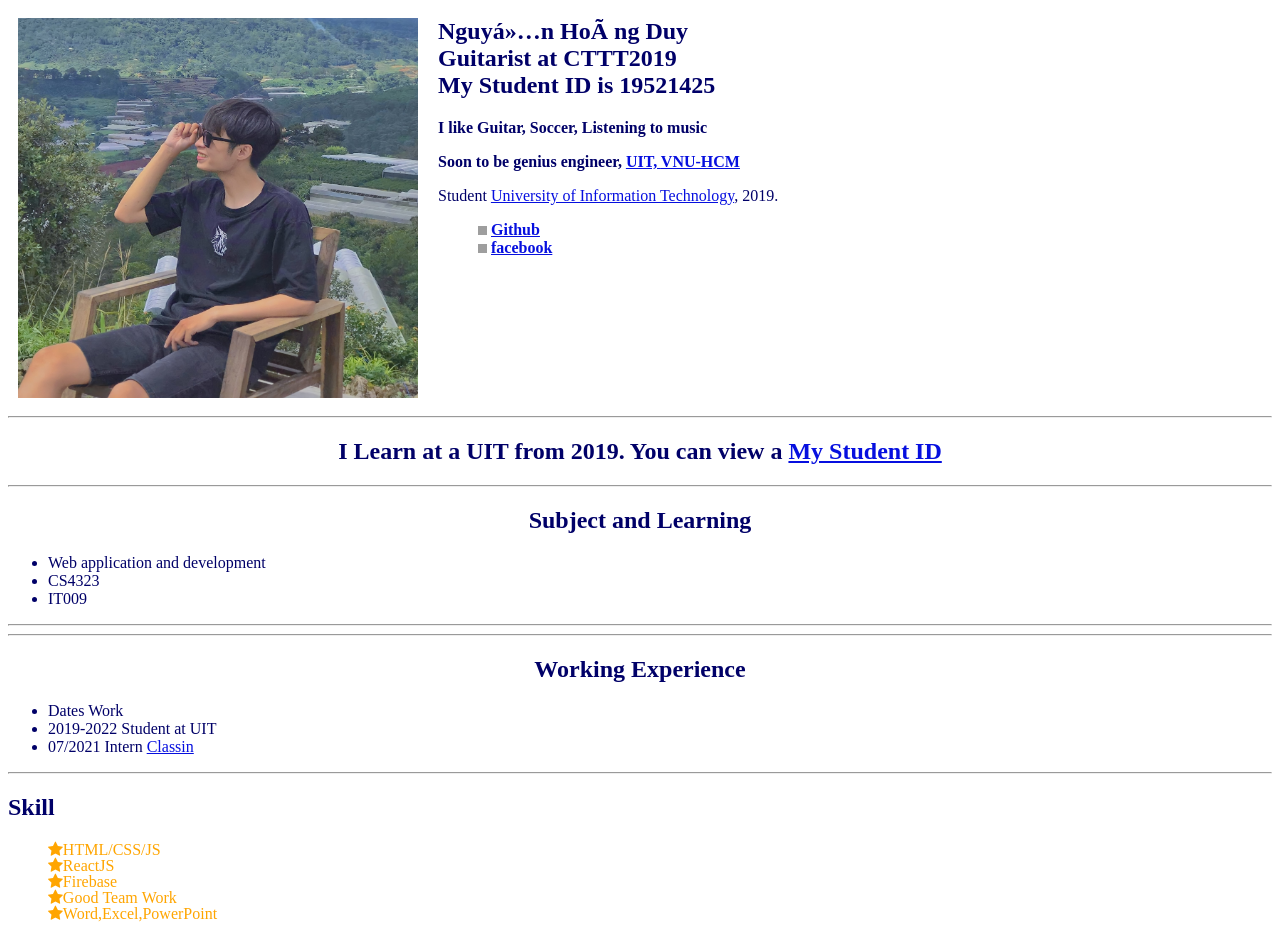
Repository: HoangDuy315/web-dev2022
Page: ex2.html
An editor plug-in stored every save of this project. The page is shown before and after the next save, followed by the edit.
The browser window is 1280 px wide. The pictures show the whole page.
Pictures or frames that could not be fetched are drawn as grey boxes.

Above is the page before, as saved 2022-09-22 15:22:07.

### ex2.html
<html>
    <head>
        <title>GnahYuD</title>
        <link rel="SHORTCUT ICON" href="images/cormen-tiny.jpg">
        <script charset="utf-8" src="https://platform.twitter.com/js/button.c6c95b9789db97ea1e9742d215fff751.js"></script>
        <link rel="stylesheet" href="ex2.css">
        <link rel="stylesheet" href="https://cdnjs.cloudflare.com/ajax/libs/font-awesome/4.7.0/css/font-awesome.min.css">
    </head>
<body text="#000068" link="#060FDF" vlink="#060FDF" alink="#DC24C5">

<!-- <TABLE CELLPADDING="10" CELLSPACING="0" WIDTH="475"> -->
<table cellpadding="10" cellspacing="0">
<tbody><tr valign="TOP">

<td valign="TOP" width="151">

<img class="duy" src="./123.JPG"><p>

</p></td>

<td valign="TOP">

<div><h2>Nguyễn Hoàng Duy<br>
Guitarist at CTTT2019<br>
My Student ID is 19521425
</h2>

<p>
<strong>I like  Guitar, Soccer, Listening to music</strong>
</p>

<p><strong>Soon to be genius engineer,
<a href="https://www.uit.edu.vn/">UIT, <a href="https://vnuhcm.edu.vn/">VNU-HCM</a></a>
</strong> </p>

<p>

Student <a href="https://www.uit.edu.vn/">University of Information Technology</a>, 2019.</p><p>

</p><dd>
<b>
<img src="images/yellowsq.gif" alt="*" width="9" height="9">
  <a href="https://github.com/HoangDuy315">Github</a><br>
<img src="images/yellowsq.gif" alt="*" width="9" height="9">
     <a href="https://www.facebook.com/profile.php?id=100007746304417">facebook</a></div>

</b>


</dd></td>
</tr>
</tbody></table>




<hr >
    <h2 class="yud">I Learn at a UIT from 2019.  You can view a <a href="https://student.uit.edu.vn/">My Student ID</a></h2>
</hr>

<hr>
    <h2 class="hi">Subject and Learning</h2>
    <ul>
        <li >Web application and development</li>
        <li >CS4323</li>
        <li >IT009</li>
    </ul>

<hr>

<hr>
    <h2 class="yud">Working Experience</h2>
    <ul>
        <li>Dates Work</li>
        <li>2019-2022 Student at UIT</li>
        <li>07/2021 Intern  <a href="https://www.classin.com/">Classin</a></li>
    </ul>
</hr>

<hr>
    <h2>Skill</h2>
    <ul>
        <li class="fa fa-star checked">HTML/CSS/JS</li><br>
        <li class="fa fa-star checked">ReactJS</li><br>
        <li class="fa fa-star checked">Firebase</li><br>
        <li class="fa fa-star checked">Good Team Work</li><br>
        <li class="fa fa-star checked">Word,Excel,PowerPoint</li>
    </ul>
</hr>

</script>

</body></html>

### ex2.css


.duy {
    color: blue;
    height: 380px;
    width: 400px;
}

.checked {
    color: orange;
}

.yud {
    text-align: center;
}

.yud .li {
    text-align: center;
}

.hi {

    text-align: center;
}

.giua {
    text-align: center;
}

After the next save:
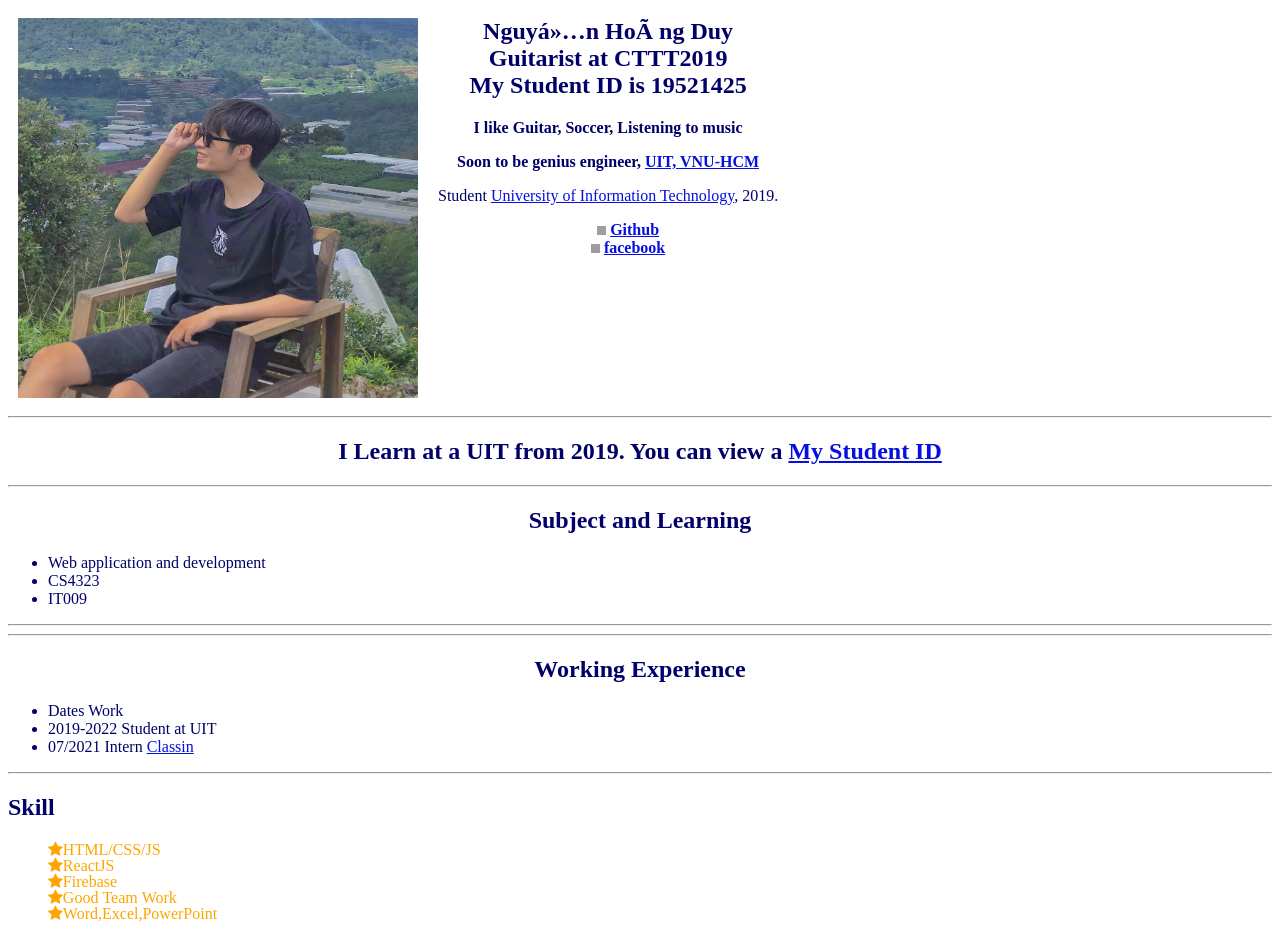
Saved 1 s later.
--- a/ex2.html
+++ b/ex2.html
@@ -20,7 +20,7 @@
 
 <td valign="TOP">
 
-<div><h2>Nguyễn Hoàng Duy<br>
+<div class="giua"><h2>Nguyễn Hoàng Duy<br>
 Guitarist at CTTT2019<br>
 My Student ID is 19521425
 </h2>

After the save that followed:
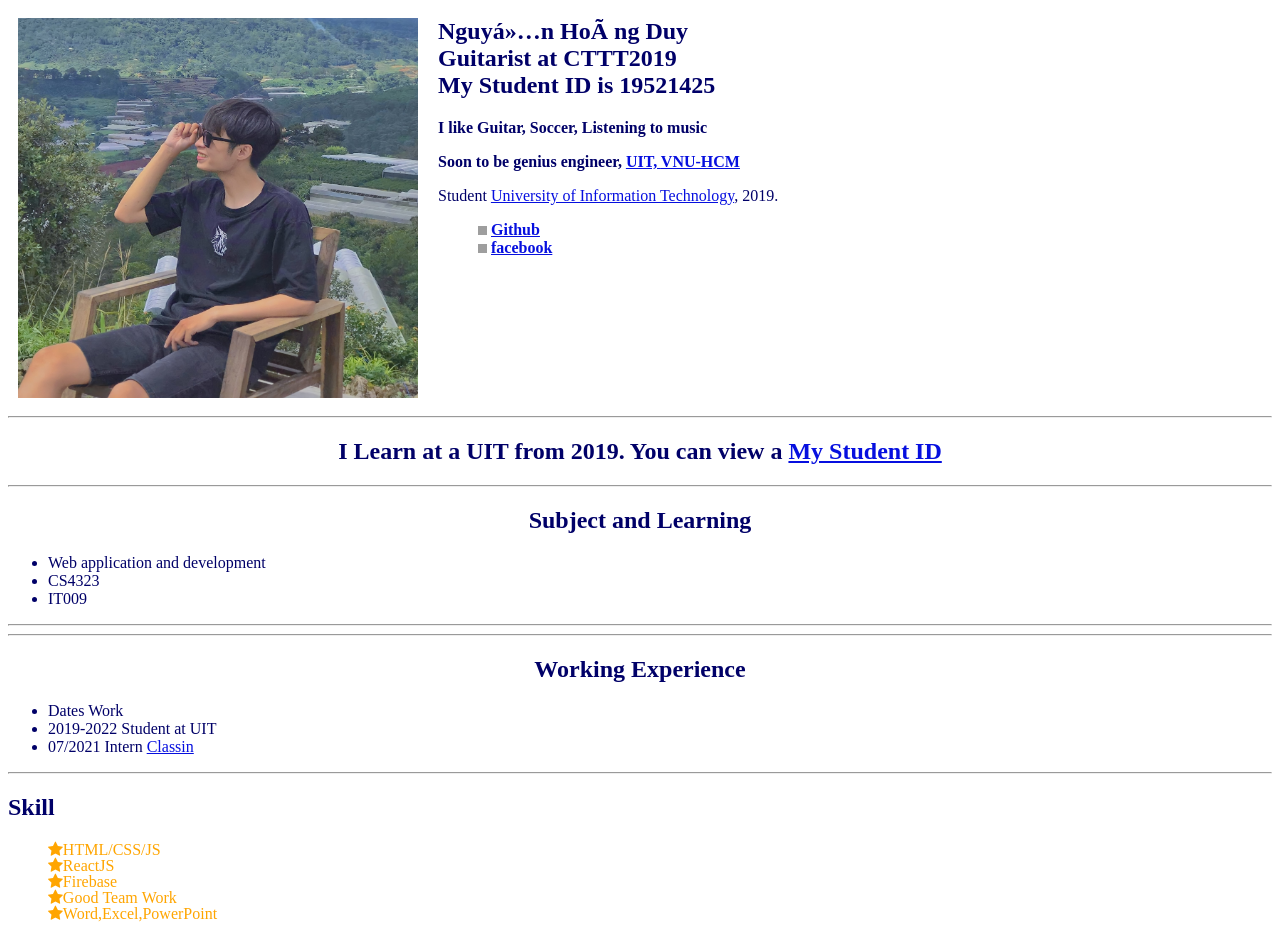
Saved 14 s later.
--- a/ex2.html
+++ b/ex2.html
@@ -20,7 +20,7 @@
 
 <td valign="TOP">
 
-<div class="giua"><h2>Nguyễn Hoàng Duy<br>
+<div><h2>Nguyễn Hoàng Duy<br>
 Guitarist at CTTT2019<br>
 My Student ID is 19521425
 </h2>
